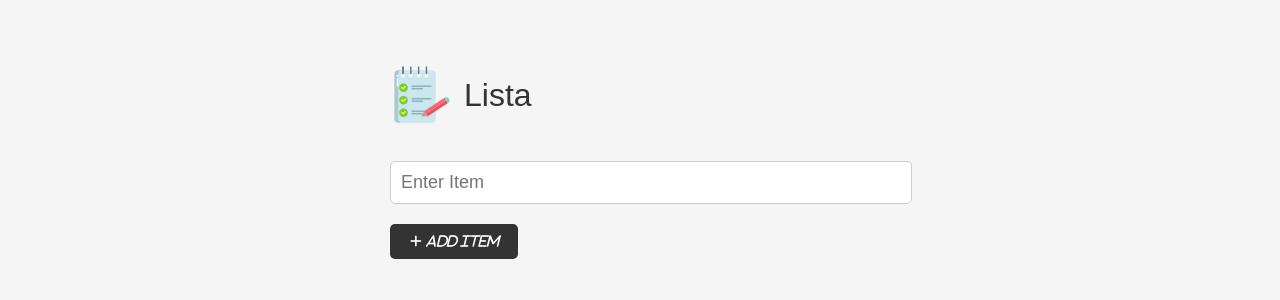
Repository: klaus0005/shopping-list
Page: index.html
An editor plug-in stored every save of this project. The page is shown before and after the next save, followed by the edit.
The browser window is 1280 px wide. The pictures show the whole page.
Some web libraries are served in a nearby version.

Above is the page before, as saved 2024-06-26 23:50:57.

After the next save:
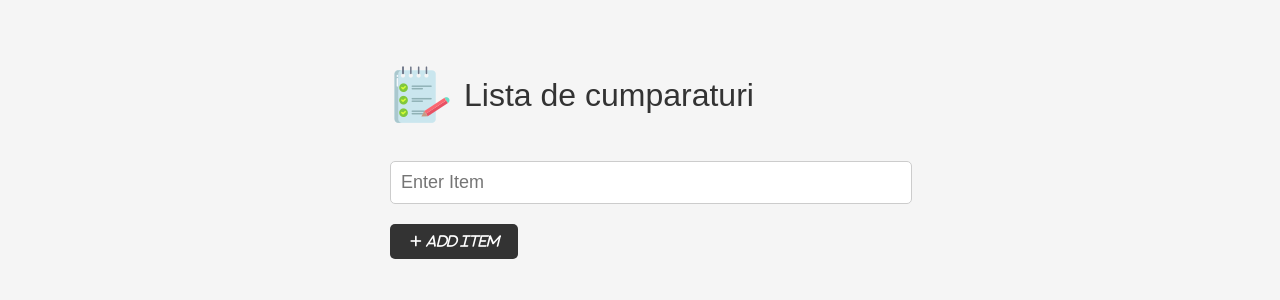
Saved 6 s later.
--- a/index.html
+++ b/index.html
@@ -16,7 +16,7 @@
     <div class="container">
       <header>
         <img src="images/note.png" alt="" />
-        <h1>Lista</h1>
+        <h1>Lista de cumparaturi</h1>
       </header>
       <form id="item-form">
         <div class="form-control">
